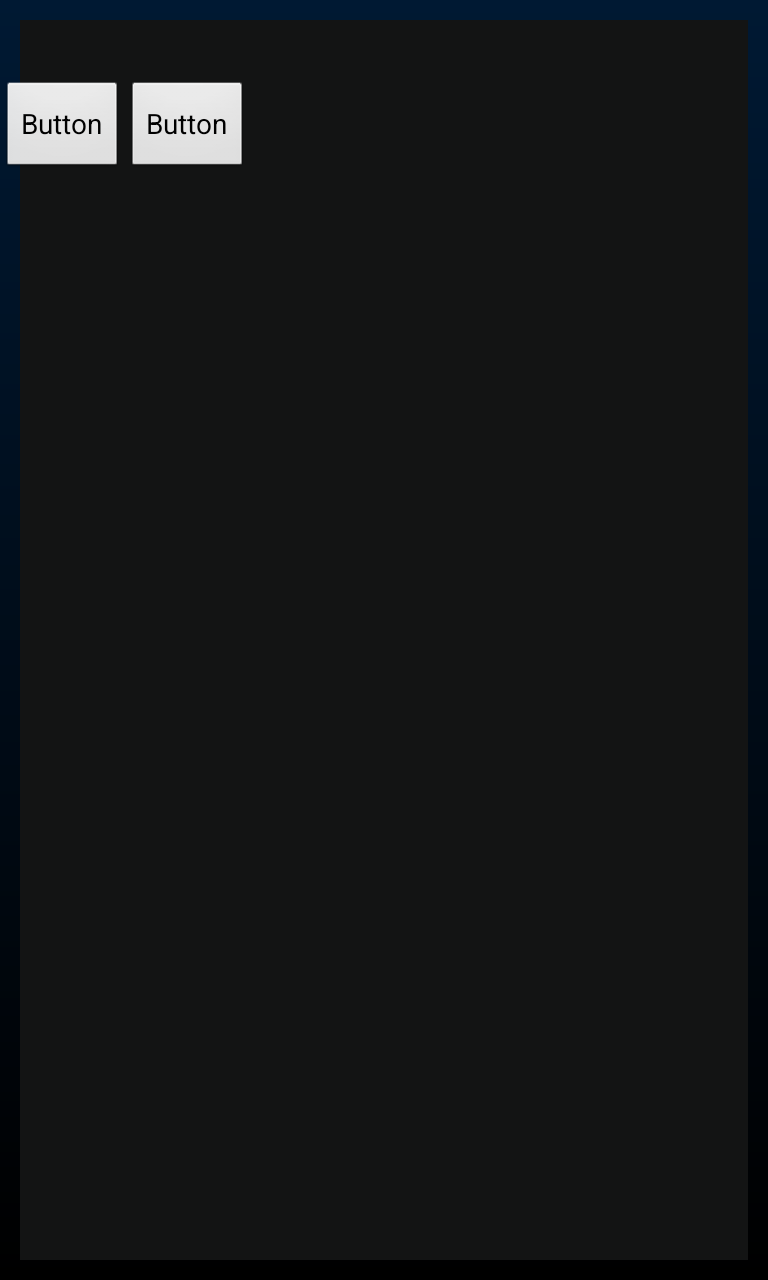
Repository: jasleen1291/B2BMobileApplication
Layout: Mobile E Commerce/B2B/res/layout/fragment_view_order.xml
An editor plug-in stored every save of this project. The layout is shown before and after the next save, followed by the edit.
It is drawn on a 768 x 1280 px phone screen (xhdpi) without system bars, with theme mycustomtheme; the app's code is not run. Lists and similar views that code fills are empty.

Above is the layout before, as saved 2013-05-26 00:30:00.

### Mobile E Commerce/B2B/res/layout/fragment_view_order.xml
<FrameLayout xmlns:android="http://schemas.android.com/apk/res/android"
    xmlns:tools="http://schemas.android.com/tools"
    android:layout_width="match_parent"
    android:layout_height="match_parent"
    tools:context=".ViewOrder" >

    <!-- TODO: Update blank fragment layout -->

    <LinearLayout
        android:layout_width="match_parent"
        android:layout_height="match_parent"
        android:orientation="vertical"
        android:visibility="gone" >

        <TextView
            style="@style/titlebarstyle"
            android:text="@string/vieworderlist" />

        <ListView
            android:id="@+id/listView1"
            android:layout_width="match_parent"
            android:layout_height="wrap_content" >
        </ListView>



    </LinearLayout>
 <LinearLayout
            android:layout_width="match_parent"
            android:layout_height="wrap_content"
            android:orientation="vertical" >

  <ListView
      android:id="@+id/list"
      android:layout_width="match_parent"
      android:layout_height="0dp"
      android:layout_weight="7"
      android:layout_margin="20dp" >

  </ListView>

  <LinearLayout
      android:layout_width="match_parent"
      android:layout_height="0dp"
      android:layout_weight="3" >

      <Button
          android:id="@+id/button1"
          android:layout_width="wrap_content"
          android:layout_height="wrap_content"
          android:text="Button" />

      <Button
          android:id="@+id/button2"
          android:layout_width="wrap_content"
          android:layout_height="wrap_content"
          android:text="Button" />

  </LinearLayout>

 </LinearLayout>
</FrameLayout>

### Mobile E Commerce/B2B/res/values/mycustomtheme.xml
<?xml version="1.0" encoding="utf-8"?>
<resources xmlns:android="http://schemas.android.com/apk/res/android">
    <style name="mycustomtheme" parent="@android:style/Theme.NoTitleBar.Fullscreen">
        <item name="android:windowBackground">@drawable/mybg</item>
       	<item name="android:textColor">#0066cc</item>
       	<item name="android:textColorHint">#51BFE2</item>
    </style>

</resources>

### Mobile E Commerce/B2B/res/drawable/mybg.xml
<?xml version="1.0" encoding="utf-8"?>
<layer-list  xmlns:android="http://schemas.android.com/apk/res/android">
    <item>
<shape android:shape="rectangle">



        <gradient android:startColor="#001933"  android:endColor="#000" android:angle="270"/>


</shape>
</item>
<item android:left="10dp" android:top="10dp" android:right="10dp" android:bottom="10dp">

<shape android:shape="rectangle">



        <solid android:color="#131414"></solid>


</shape>
</item>
</layer-list>

### Mobile E Commerce/B2B/res/values/styles.xml
<?xml version="1.0" encoding="utf-8"?>
<resources xmlns:android="http://schemas.android.com/apk/res/android">

    <!--
        Base application theme, dependent on API level. This theme is replaced
        by AppBaseTheme from res/values-vXX/styles.xml on newer devices.

    -->
    <style name="AppBaseTheme" parent="android:Theme.Light">
        <!--
            Theme customizations available in newer API levels can go in
            res/values-vXX/styles.xml, while customizations related to
            backward-compatibility can go here.

        -->
    </style>

    <!-- Application theme. -->
    <style name="AppTheme" parent="AppBaseTheme">
        <!-- All customizations that are NOT specific to a particular API-level can go here. -->
    </style>

    <style name="LoginFormContainer">
        <item name="android:layout_width">match_parent</item>
        <item name="android:layout_height">wrap_content</item>
        <item name="android:padding">16dp</item>
    </style>
    <style name="TextViewStyle">
        <item name="android:layout_width">wrap_content</item>
        <item name="android:layout_height">wrap_content</item>
        <item name="android:gravity">right</item>
        <item name="android:textSize">14sp</item>
        <item name="android:textColor">#0066cc</item>
        <item name="android:layout_margin">5dp</item>
    </style>
	<style name="EditTextStyle">
        <item name="android:layout_width">match_parent</item>
        <item name="android:layout_height">wrap_content</item>
        <item name="android:textSize">16sp</item>
        <item name="android:textColor">#0066cc</item>

        <item name="android:layout_marginLeft">16dp</item>
        <item name="android:layout_marginRight">16dp</item>
        <item name="android:layout_marginTop">5dp</item>
        <item name="android:background">@drawable/textview_border</item>
    </style>
	<style name="SpinnerStyle">
        <item name="android:layout_width">match_parent</item>
        <item name="android:layout_height">wrap_content</item>
        <item name="android:textSize">16sp</item>
        <item name="android:textColor">#0066cc</item>

        <item name="android:layout_marginLeft">16dp</item>
        <item name="android:layout_marginRight">16dp</item>
        <item name="android:layout_marginTop">5dp</item>

    </style>
	<style name="titlebarstyle">
	    <item name="android:layout_marginBottom">10dp</item>
        <item name="android:layout_width">match_parent</item>
        <item name="android:layout_height">wrap_content</item>
        <item name="android:background">@drawable/titlebar</item>
        <item name="android:textColor">@android:color/white</item>
        <item name="android:textAppearance">?android:attr/textAppearanceLarge</item>
	</style>
	<style name="titlebarstylesmall">


        <item name="android:textColor">@android:color/white</item>

	</style>
</resources>

### Mobile E Commerce/B2B/res/values/strings.xml
<?xml version="1.0" encoding="utf-8"?>
<resources>

    <string name="app_name">B2B</string>
    <string name="action_settings">Settings</string>
    <string name="hello_world">Hello world!</string>
    <string name="Loading">Loading&#8230;&#8230;&#8230;</string>
    <string name="title_activity_sign_up">Sign Up</string>

    <string-array name="signUpAsArray">
        <item>Customer</item>
        <item>Retailer</item>
        <item>Supplier</item>
    </string-array>

    <string name="title_activity_registeration">RegisterationActivity</string>
    <string name="title_activity_customer_area">CustomerArea</string>
    <string name="welcome">Welcome</string>
    <string name="title_activity_admin_area">Admin_area</string>
    <string name="general_complaint_fragment">General Complaint</string>
    <string name="hello_blank_fragment">Hello blank fragment</string>
    <string name="general_complaint">General Complaint</string>
    <string name="respond">Respond</string>
    <string name="submit">Submit</string>
    <string name="addcategory">Parent Category</string>
    <string name="categoryhint">Category</string>
    <string name="AddParentCategory">Add super category</string>
    <string name="complaintAbout">Complaint About</string>
    <string name="complainFrom">Complaint From</string>
    <string name="itemComplaint">Complaints about Items</string>
    <string name="shopComplaint">Complaint about shop</string>
    <string name="generalNotification">General Notification</string>
    <string name="urgentNotification">Urgent Notification</string>
    <string name="title">Title</string>
    <string name="message">Message</string>
    <string name="markAll">Mark all</string>
    <string name="advertisementPricing">Advertisement Pricing</string>
    <string name="desc">Description</string>
    <string name="days">No of days</string>
    <string name="cost">Cost</string>
    <string name="size">Size of advertisement</string>
    <string name="type">Type</string>
    <string name="fine">Fine</string>
    <string name="pickCategory">Pick a Category</string>

    <string-array name="typeArray">
        <item>Retailer</item>
        <item>Supplier</item>
    </string-array>

    <string name="update">Update</string>
    <string name="delete">Delete</string>
    <string name="view_advertisement">View Advertisements</string>
    <string name="noofcategories">No of Categories</string>
    <string name="shoppricing">Shop Pricing</string>
    <string name="view_fine_pricing">View Fine Pricing</string>
    <string name="shop_pricing">Shop Pricing</string>
    <string name="subCategory">Add Sub Category</string>
    <string name="addshop">Add Shop</string>
    <string name="title_activity_pay_fine">Pay Fine</string>
    <string name="finetitle">Your account has been suspended by the admin. Pay fine to continue using this applciation.</string>
    <string name="fineabc">Your payment has been received. Your account will now be restored. Please wait few minutes</string>
    <string name="title_activity_retailer_area">Retailer_area</string>
    <string name="title_activity_first_time_login">FirstTimeLogin</string>
    <string name="EditMyCategories">Edit My Categories</string>
    <string name="addnewitem">Add New Item</string>
    <string name="itemname">Item Name</string>
    <string name="longdescription">Long Description</string>
    <string name="qtyperunit">Qty Per unit</string>
    <string name="unit_of_measurement">Unit of Measurement</string>
    <string name="shopName">Shop Name</string>
    <string name="description">Description</string>
    <string name="categoriesAllowed">No of categories allowed</string>
    <string name="itemsSelling">No of Items Selling</string>
    <string name="itemsAvailable">No of Items not Selling</string>
    <string name="expirydate">Expiry Date</string>
    <string name="paymentEmail">Payment Email</string>
    <string name="selectcategory">Select a Category</string>
    <string name="clicktochange">Click On Image To Change It</string>
    <string name="cp">C.P.</string>
    <string name="sp">S.P.</string>
    <string name="minorder">Min order</string>
    <string name="discount">Discount</string>
    <string name="qtyonorder">Qty. On Order</string>
    <string name="qtyonhand">Qty. On Hand</string>
    <string name="qty">Qty.</string>
    <string name="viewdetails">View Details</string>
    <string name="note">Long Click on Image to view expanded image</string>
    <string name="chngImg">Change Image</string>
    <string name="addWarehouse">Add Warehouse</string>
    <string name="name">Name</string>
    <string name="cancel">Cancel</string>
    <string name="itemavailabilty">Item Availabilty</string>
    <string name="batchDiscounts">Batch Discounts</string>
    <string name="clicktoupdate">Click to Update</string>
    <string name="add">Add</string>
    <string name="place_order">Place Order</string>
    <string name="Method">Method</string>
    <string name="warehouse">Warehouse</string>
    <string-array name="ordervia">
        <item >Email</item>
        <item >Phone</item>
    </string-array>
        <string name="total">Total</string>
        <string name="zero">0</string>
        <string name="totalitems">Total No of Items</string>
        <string name="date">Date</string>
        <string name="placed_by">Placed To</string>
        <string name="placed_to">Placed To</string>
        <string name="shipment_address">Shipment Address</string>
        <string name="vieworderlist">View Orders List</string>
        <string name="order_details">Order Details</string>
        <string name="update_status">Update Status</string>

</resources>

### Mobile E Commerce/B2B/res/drawable/titlebar.xml
<?xml version="1.0" encoding="utf-8"?>
<shape xmlns:android="http://schemas.android.com/apk/res/android" android:shape="rectangle">
    <gradient  android:endColor="#0066CC" android:startColor="#000033"/>

</shape>

After the next save:
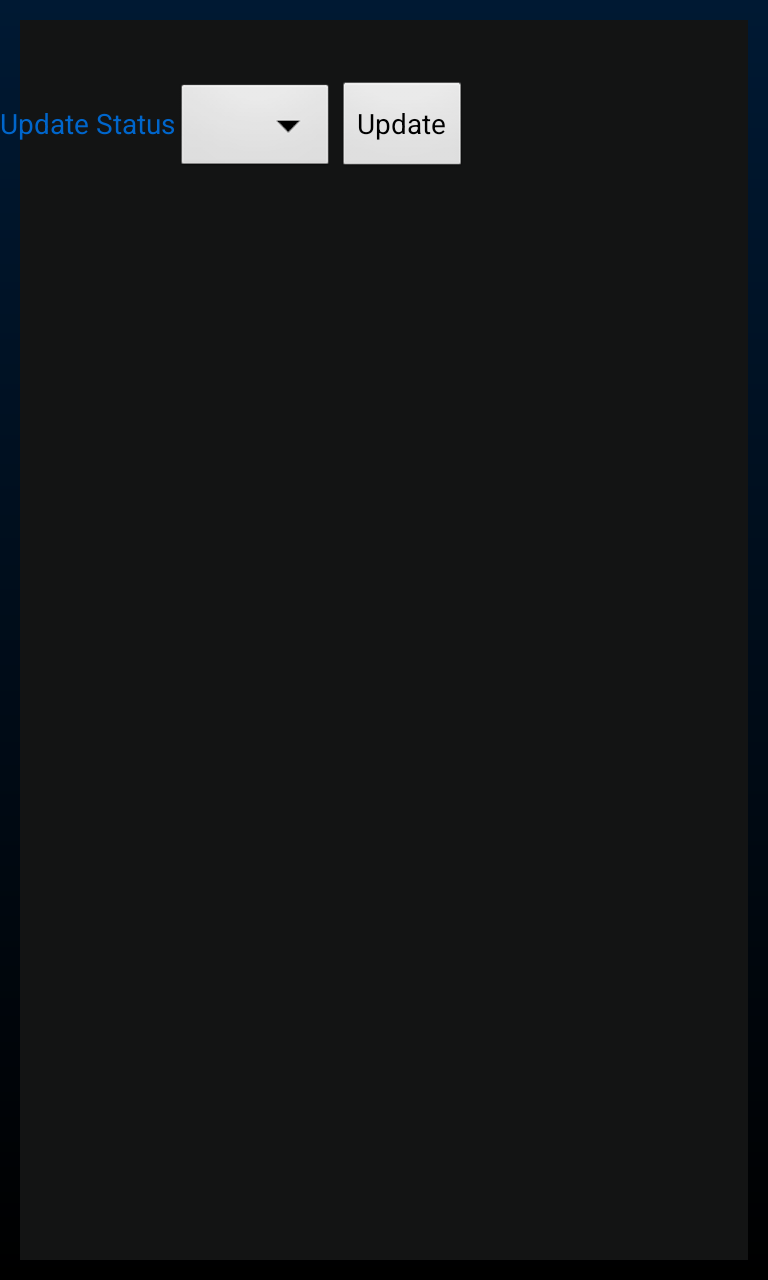
Saved 52 s later.
--- a/Mobile E Commerce/B2B/res/layout/fragment_view_order.xml
+++ b/Mobile E Commerce/B2B/res/layout/fragment_view_order.xml
@@ -44,17 +44,23 @@
       android:layout_height="0dp"
       android:layout_weight="3" >
 
-      <Button
+      <TextView
           android:id="@+id/button1"
           android:layout_width="wrap_content"
           android:layout_height="wrap_content"
-          android:text="Button" />
+          android:text="@string/update_status" />
+
+      <Spinner
+          android:id="@+id/spinner1"
+          android:layout_width="wrap_content"
+          android:layout_height="wrap_content"
+           />
 
       <Button
           android:id="@+id/button2"
           android:layout_width="wrap_content"
           android:layout_height="wrap_content"
-          android:text="Button" />
+          android:text="@string/update" />
 
   </LinearLayout>
 
